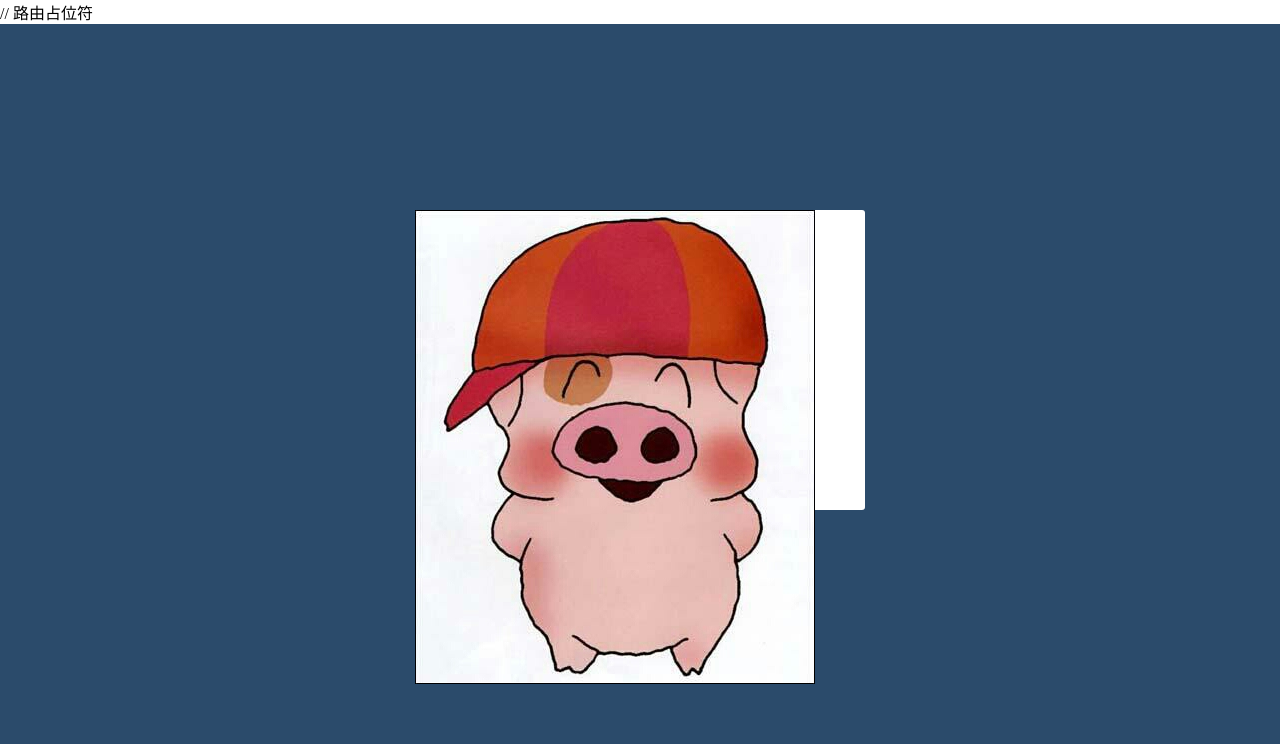
Repository: Japcy/onetwothree
Page: /
An editor plug-in stored every save of this project. The page is shown before and after the next save, followed by the edit.
The browser window is 1280 px wide. The pictures show the whole page.
The project was rebuilt for these pictures with package versions that can differ from the ones it lists, and the page was loaded fresh each time.

Above is the page before, as saved 2020-02-28 23:36:01.

### src/main.js
import Vue from 'vue'
import App from './App.vue'
import router from './router'
import './plugins/element.js'
// 导入全局样式表
import './assets/css/global.css'

Vue.config.productionTip = false

new Vue({
  router,
  render: h => h(App)
}).$mount('#app')

### src/App.vue
<template>
  <div id="app">
    // 路由占位符
    <router-view></router-view>
  </div>
</template>

<script>

export default {
  name: 'app',
  components: {
  }
}
</script>

<style>

</style>

### src/router/index.js
import Vue from 'vue'
import VueRouter from 'vue-router'
import Login from '../components/Login.vue'

Vue.use(VueRouter)

const routes = [
  {
    path: '/',
    redirect: '/login'
  },
  {
    path: '/login',
    component: Login
  }
]

const router = new VueRouter({
  routes
})

export default router

### src/components/Login.vue
<template>
  <div class="login">
    <div class="login-box">
      <div class="avatar">
        <img src="../assets/img/logo.jpg" alt />
      </div>
    </div>
  </div>
</template>

<script type="text/ecmascript-6">
export default {
  name: 'login',
  data () {
    return {}
  },
  components: {},
  methods: {}
}
</script>

<style lang="less" scoped>
.login {
  background-color: #2b4b6b;
  height: 100%;
}
.login-box {
  width: 450px;
  height: 300px;
  background-color: #fff;
  border-radius: 3px;
  position: absolute;
  left: 50%;
  top: 50%;
  transform: translate(-50%, -50%);

  .avatar {
    width: 130px;
    height: 130px;
  }
}
</style>

Loaded but not shown: public/index.html (common file); src/plugins/element.js (common file); src/assets/css/global.css (common file)

After the next save:
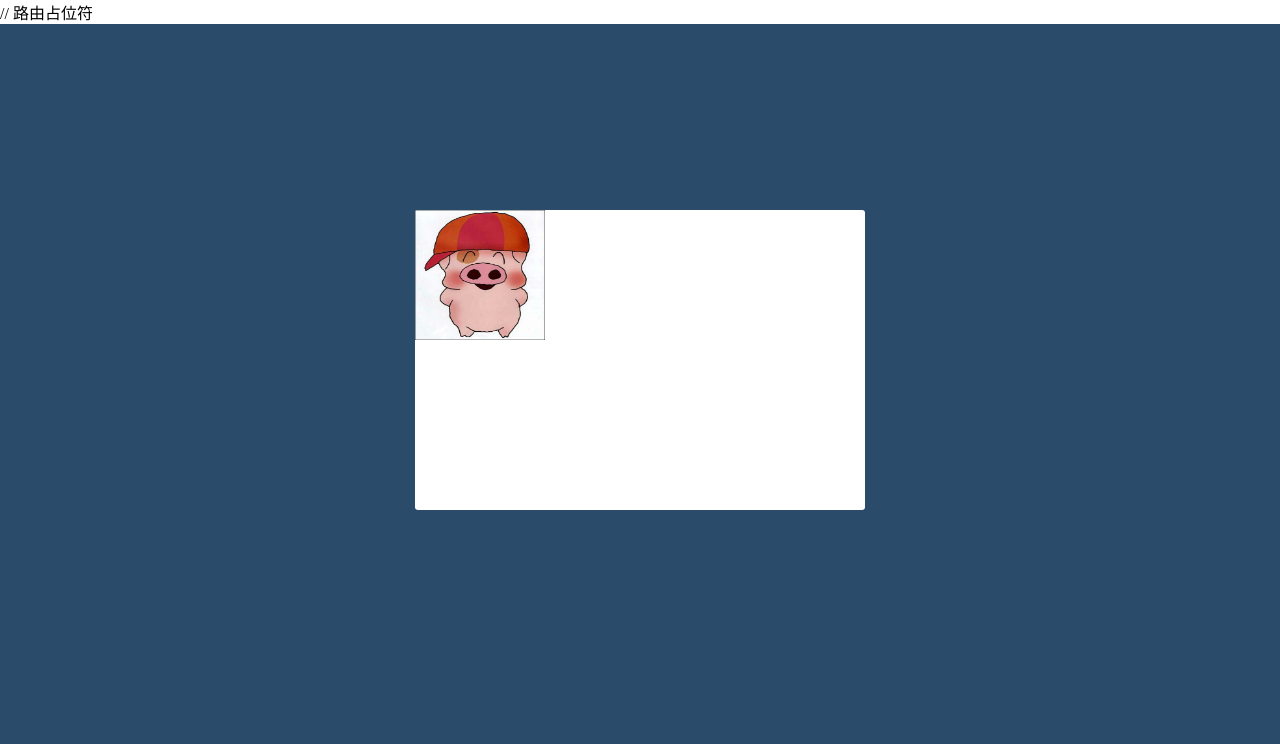
Saved 29 s later.
--- a/src/components/Login.vue
+++ b/src/components/Login.vue
@@ -37,6 +37,10 @@ export default {
   .avatar {
     width: 130px;
     height: 130px;
+    img {
+      width: 100%;
+      height: 100%;
+    }
   }
 }
 </style>
